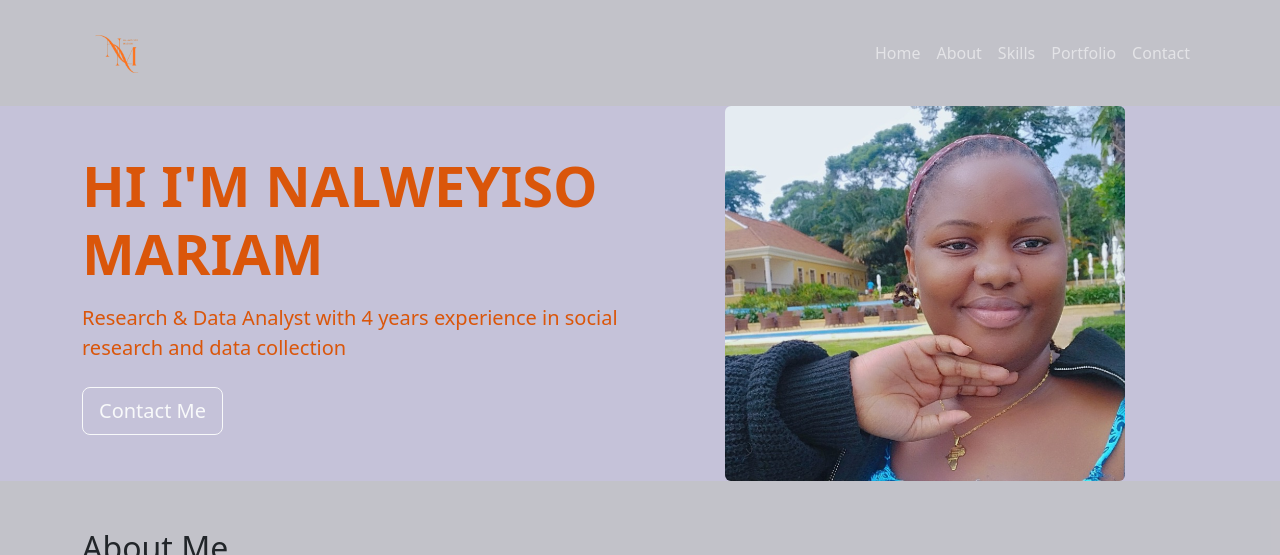
Repository: NalweMari/My-Personal-Portfolio
Page: index.html
The author's editor kept a copy of each file at every save. The page is drawn from the files as they stood at one save, then again after a run of saves.
The browser window is 1280 px wide. The pictures show the part of the page from y = 0 to 555 px (the page is 985 px tall before and 1033 px after).
A picture or video elsewhere on the page could not be fetched, so the positions and the page height are approximate.

Above is the page before, as saved 2025-11-28 13:09:04.
Console error (its wording comes from the project's code and is left out).

After the next 4 saves:
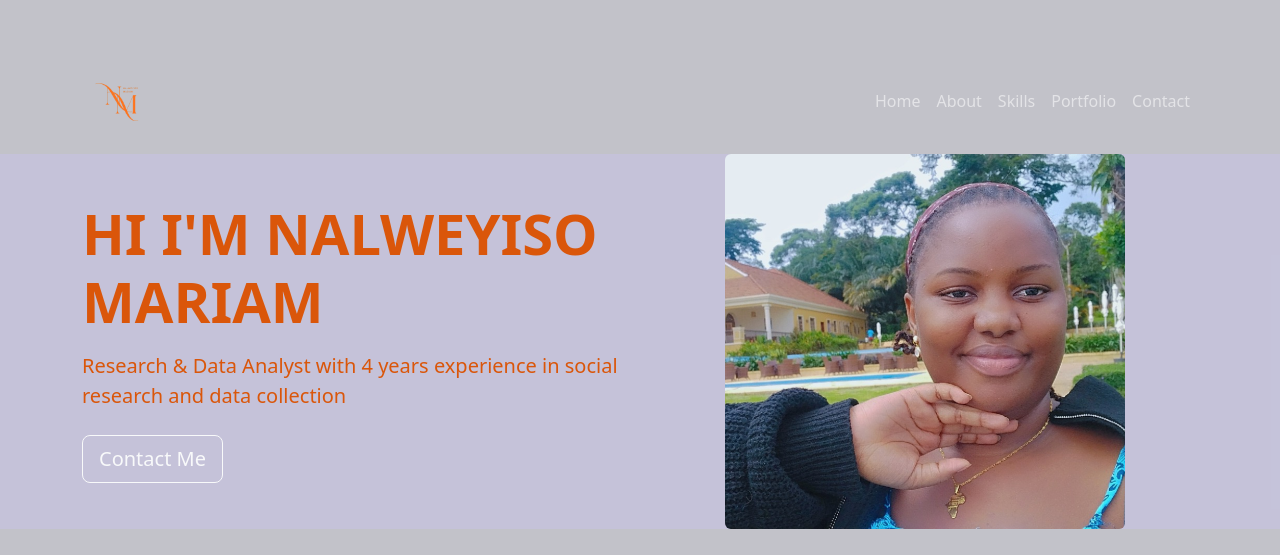
The 4 saves are shown as one change because they came seconds apart.
The last was saved 9 s later.
--- a/index.html
+++ b/index.html
@@ -14,7 +14,7 @@
 <body>
     <!-- Navigation -->
     <nav class="navbar navbar-expand-lg navbar-dark bg-custom fixed top">
-        <div class="container pt">
+        <div class="container pt-5">
             <a class="navbar-brand Logo" href="#"><img src="images/Initials_Logo-preview (1).png" alt="Your Logo"
                     height="80"></a> <button class="navbar-toggler" type="button" data- 6 toggle="collapse"
                 data-target="#navbarNav" aria-controls="navbarNav" aria-expanded="false" aria-label="Toggle navigation">

After the 2 saves that followed:
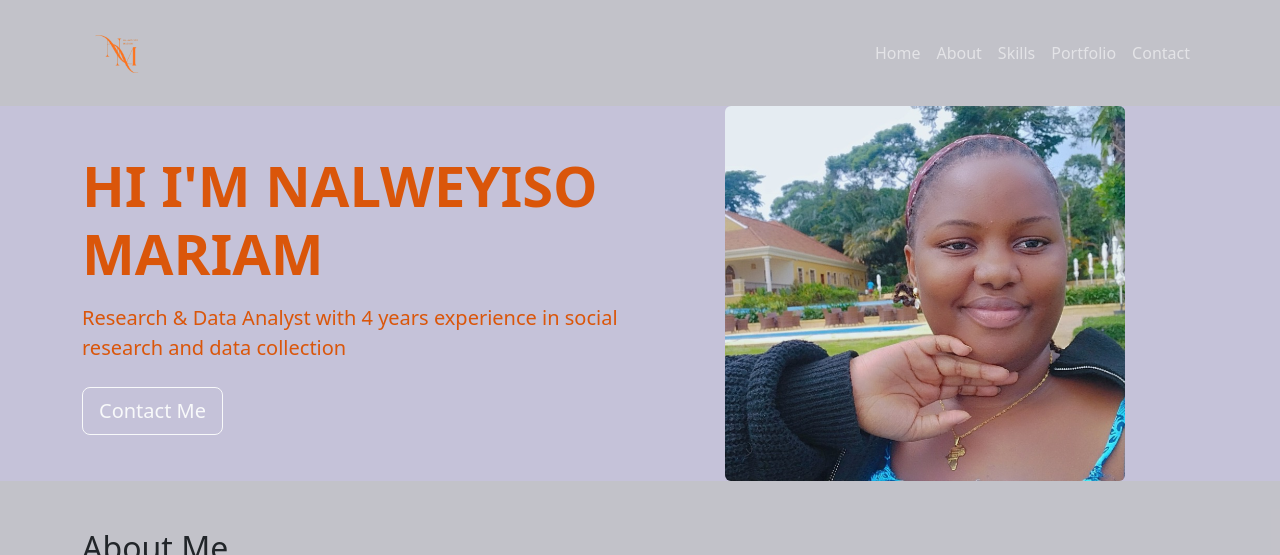
The 2 saves are shown as one change because they came seconds apart.
The last was saved 21 s later.
--- a/index.html
+++ b/index.html
@@ -14,7 +14,7 @@
 <body>
     <!-- Navigation -->
     <nav class="navbar navbar-expand-lg navbar-dark bg-custom fixed top">
-        <div class="container pt-5">
+        <div class="container pt-0">
             <a class="navbar-brand Logo" href="#"><img src="images/Initials_Logo-preview (1).png" alt="Your Logo"
                     height="80"></a> <button class="navbar-toggler" type="button" data- 6 toggle="collapse"
                 data-target="#navbarNav" aria-controls="navbarNav" aria-expanded="false" aria-label="Toggle navigation">
